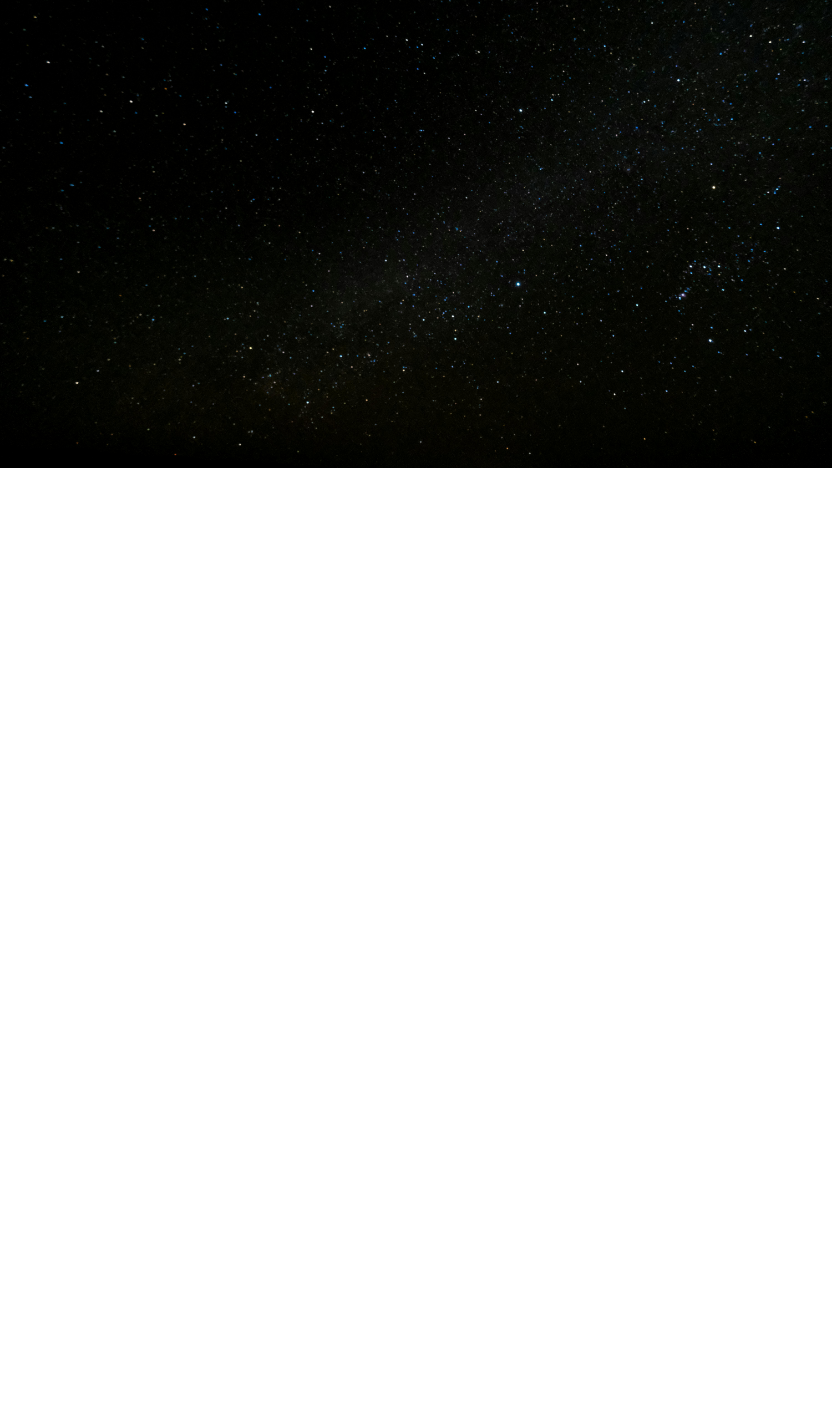
Repository: joao-paulo-paiva/tela-login
Page: index.html
An editor plug-in stored every save of this project. The page is shown before and after the next save, followed by the edit.
The browser window is 1280 px wide. The pictures show the whole page, at 65% of full size.

Above is the page before, as saved 2025-04-15 10:25:43.

After the next save:
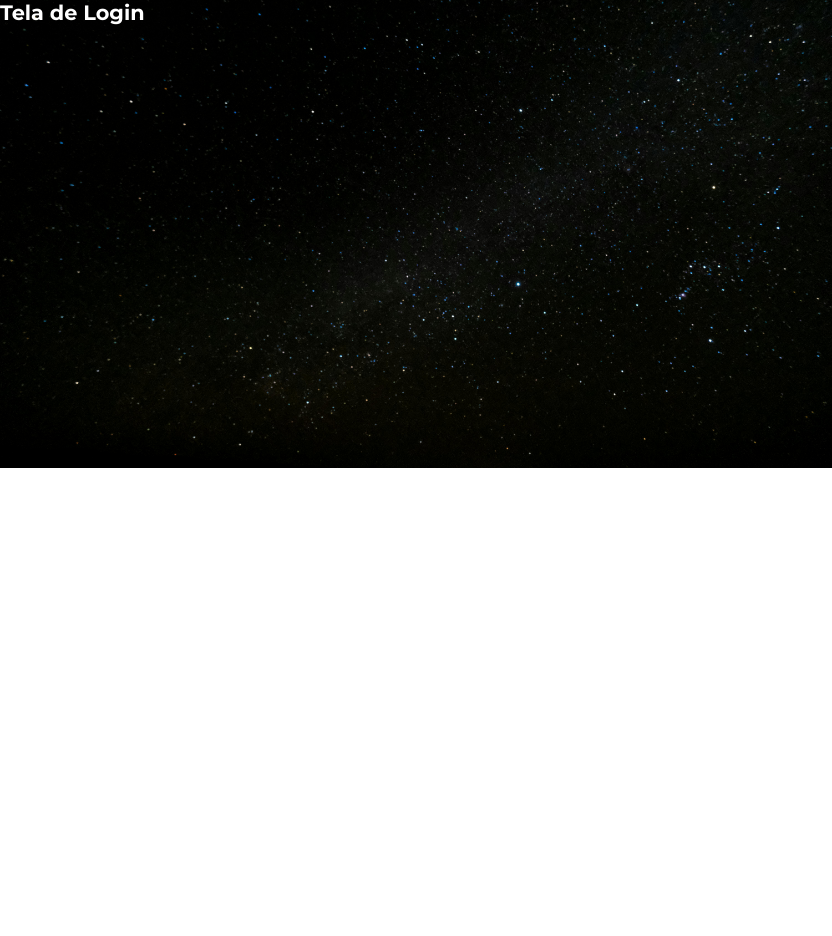
Saved 6 s later.
--- a/index.html
+++ b/index.html
@@ -11,7 +11,7 @@
 </head>
 <body>
     <main>
-        <div class="container-main"></div>
+        <div class="container-main">
             <div class="container-esquerda">
                 <h1>Tela de Login</h1>
                 <p></p>
